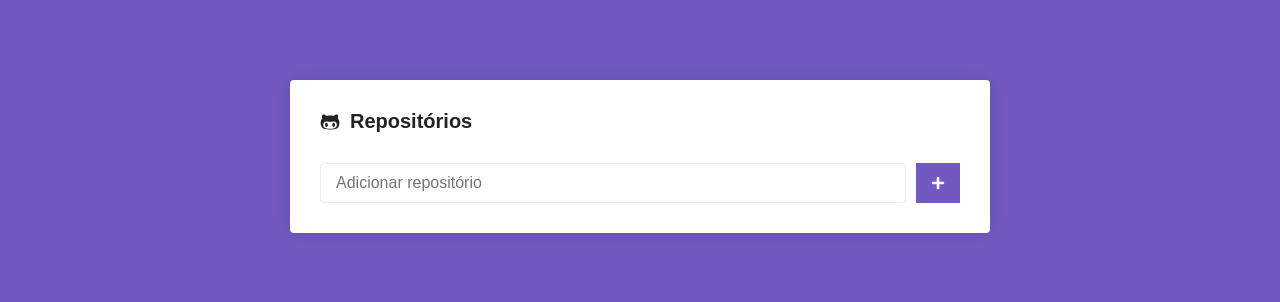
Repository: renanalves/github-repository
Page: /
These files come from the project's save history. The page is drawn as it stood at one moment and after the next save; the edit follows.
The browser window is 1280 px wide. The pictures show the whole page.
The project was rebuilt for these pictures with package versions that can differ from the ones it lists, and the page was loaded fresh each time. Also part of the build but not shown: src/pages/Repository/index.js.

Above is the page before, as saved 2020-03-13 15:21:46.

After the next save:
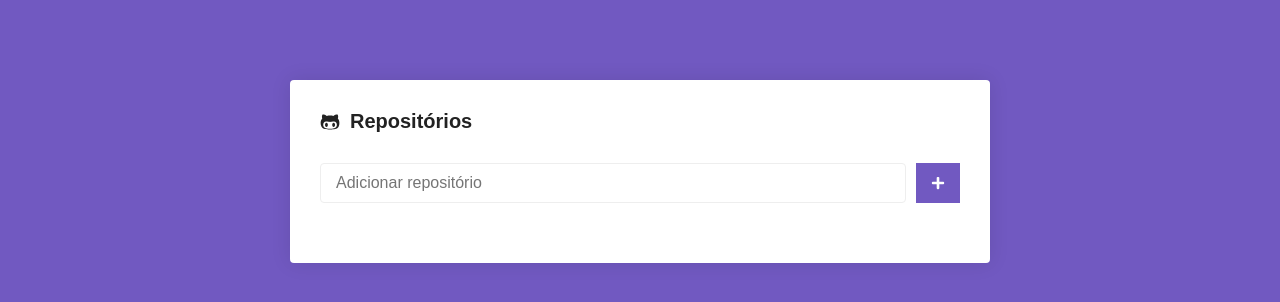
Saved 114 s later.
--- a/src/pages/Main/styles.js
+++ b/src/pages/Main/styles.js
@@ -70,4 +70,14 @@ export const SubmitButton = styled.button.attrs(props => ({
     `}
 `;
 
-export const List = styled.ul``;
+export const List = styled.ul`
+  list-style: none;
+  margin-top: 30px;
+  li {
+    padding: 15px 0;
+    display: flex;
+    flex-direction: row;
+    justify-content: space-between;
+    align-items: center;
+  }
+`;
